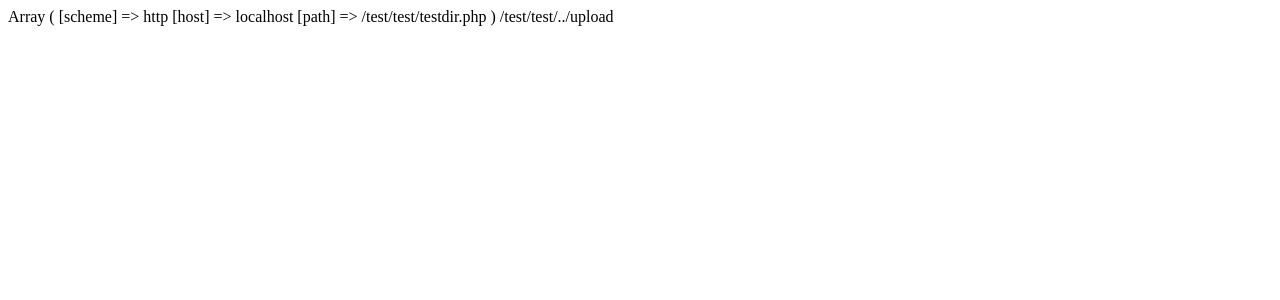
Repository: SolarHalo/dbe
Page: http://localhost/test/testdir.php
An editor plug-in stored every save of this project. The page is shown before and after the next save, followed by the edit.
The browser window is 1280 px wide. The pictures show the whole page.
The page is run by PHP 8.4 with error messages shown; the project is at /var/www/html/.

Above is the page before, as saved 2013-03-22 03:43:25.

### test/test/testdir.php
<?php
//echo "http://".$_SERVER ['HTTP_HOST'];
//echo $_SERVER["DOCUMENT_ROOT"];
//
//$newPath = explode(":", $_SERVER["DOCUMENT_ROOT"]);
//echo "<br/>".$newPath[1];


function format_url($srcurl, $baseurl) {
  $srcinfo = parse_url($srcurl);
  if(isset($srcinfo['scheme'])) {
    return $srcurl;
  }
  $baseinfo = parse_url($baseurl);
  print_r($baseinfo);
  $url = $baseinfo['scheme'].'://'.$baseinfo['host'];
  if(substr($srcinfo['path'], 0, 1) == '/') {
    $path = $srcinfo['path'];
  }else{
    $path = dirname($baseinfo['path']).'/'.$srcinfo['path'];
  }
  echo $path;
  $rst = array();
  $path_array = explode('/', $path);
  if(!$path_array[0]) {
    $rst[] = '';
  }
  foreach ($path_array AS $key => $dir) {
    if ($dir == '..') {
      if (end($rst) == '..') {
        $rst[] = '..';
      }elseif(!array_pop($rst)) {
        $rst[] = '..';
      }
    }elseif($dir && $dir != '.') {
      $rst[] = $dir;
    }
   }
  if(!end($path_array)) {
    $rst[] = '';
  }
  $url .= implode('/', $rst);
  return str_replace('\\', '/', $url);
}

$srcurl = '../upload';
$baseurl = 'http://localhost/test/test/testdir.php';
format_url($srcurl, $baseurl);
//echo "<br/>http://".$_SERVER ['HTTP_HOST'];
//$url_this =  "http://".$_SERVER ['HTTP_HOST'].$_SERVER['PHP_SELF'];
//echo $url_this;
?>

After the next save:
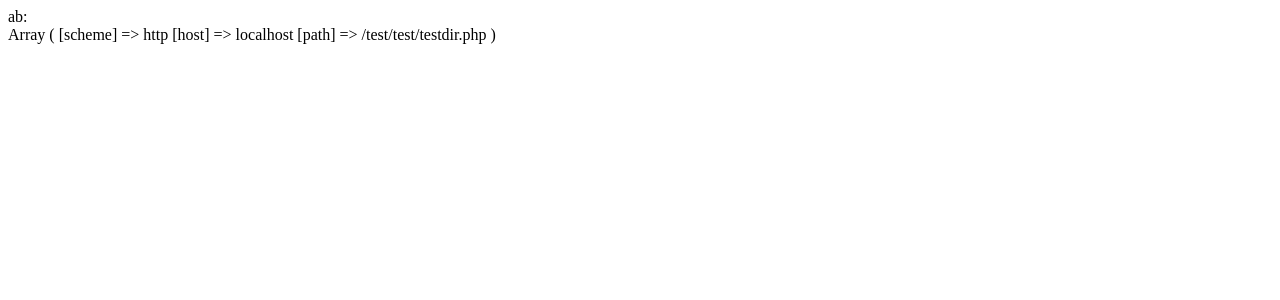
Saved 69 min 58 s later.
--- a/test/test/testdir.php
+++ b/test/test/testdir.php
@@ -19,7 +19,6 @@ function format_url($srcurl, $baseurl) {
   }else{
     $path = dirname($baseinfo['path']).'/'.$srcinfo['path'];
   }
-  echo $path;
   $rst = array();
   $path_array = explode('/', $path);
   if(!$path_array[0]) {
@@ -44,6 +43,7 @@ function format_url($srcurl, $baseurl) {
 }
 
 $srcurl = '../upload';
+echo "ab:".realpath("test.txt")."<br/>";
 $baseurl = 'http://localhost/test/test/testdir.php';
 format_url($srcurl, $baseurl);
 //echo "<br/>http://".$_SERVER ['HTTP_HOST'];
